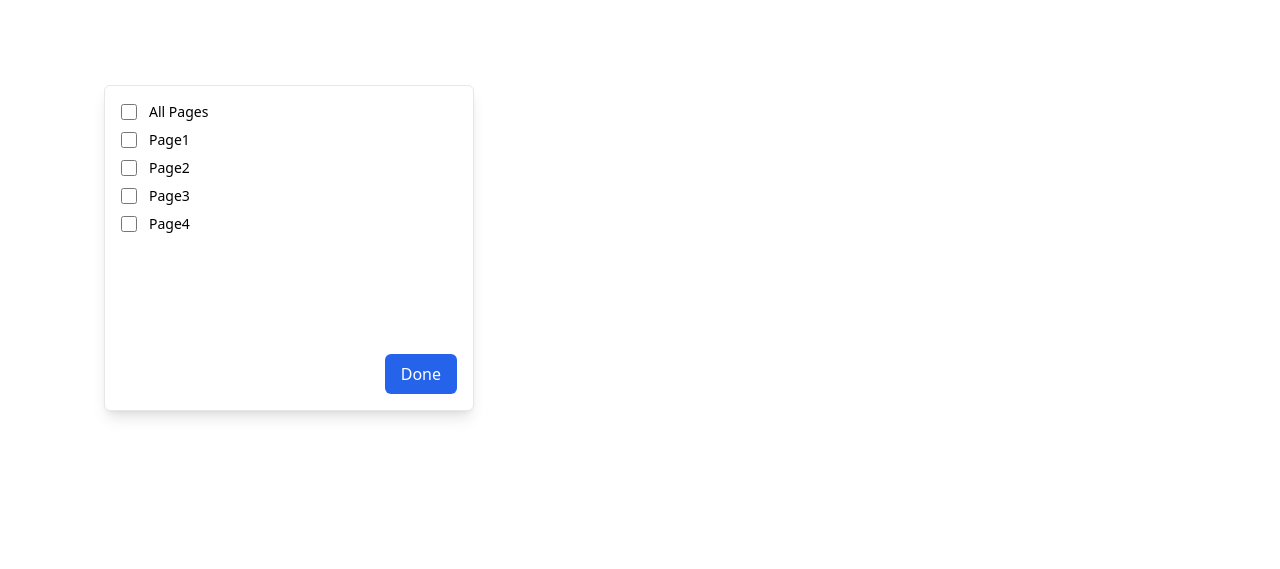
Repository: Tabishhaider72/Ellty-Test
Page: /
An editor plug-in stored every save of this project. The page is shown before and after the next save, followed by the edit.
The browser window is 1280 px wide. The pictures show the whole page.
The project was rebuilt for these pictures with package versions that can differ from the ones it lists, and the page was loaded fresh each time. Also part of the build but not shown: vite.config.js.

Above is the page before, as saved 2024-08-28 14:10:05.

After the next save:
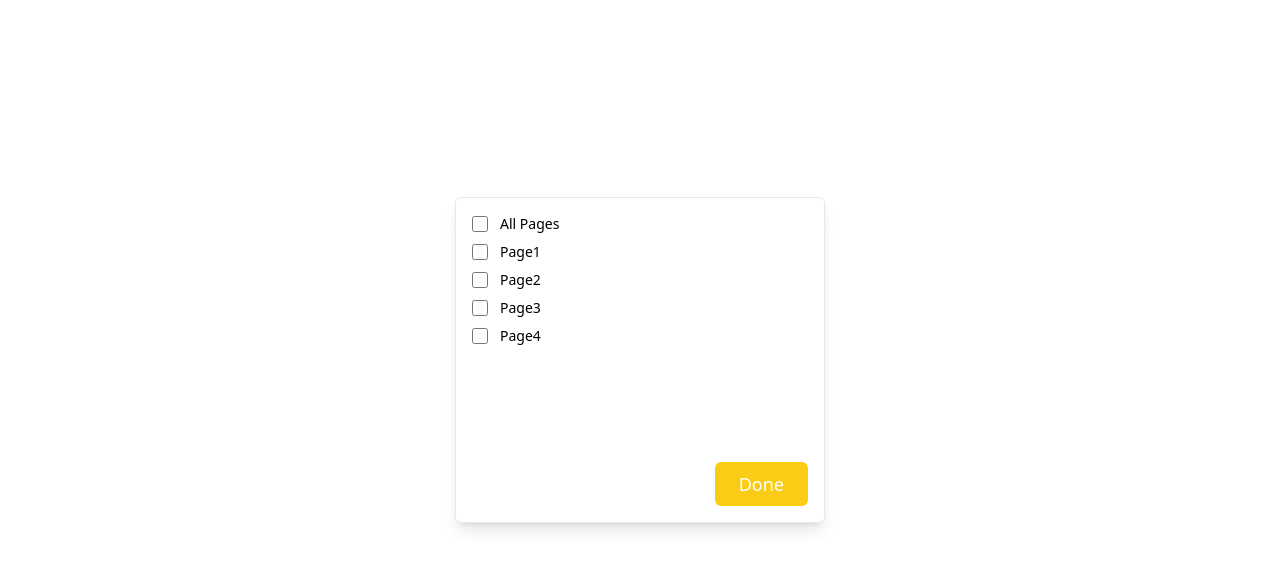
Saved 11 min 20 s later.
--- a/src/App.jsx
+++ b/src/App.jsx
@@ -27,35 +27,39 @@ function PageSelector() {
   };
 
   return (
-    <div className="absolute top-[85px] left-[104px] w-[370px] h-[326px] bg-white border border-gray-200 shadow-lg rounded-md p-4 flex flex-col">
-      <div className="flex justify-between items-center mb-2">
-        <label className="flex items-center space-x-3">
-          <input
-            type="checkbox"
-            checked={allChecked}
-            onChange={handleAllCheck}
-            className="h-4 w-4 text-blue-600 border-gray-300 rounded"
-          />
-          <span className="text-sm font-medium text-black">All Pages</span>
-        </label>
-      </div>
-      <div className="overflow-y-scroll h-[164px]">
-        {Object.keys(pages).map((page, index) => (
-          <div key={index} className="flex justify-between items-center mb-2">
-            <label className="flex items-center space-x-3">
-              <input
-                type="checkbox"
-                checked={pages[page]}
-                onChange={() => handlePageCheck(page)}
-                className="h-4 w-4 text-blue-600 border-gray-300 rounded"
-              />
-              <span className="text-sm font-medium text-black capitalize">{page}</span>
-            </label>
-          </div>
-        ))}
-      </div>
-      <div className="mt-auto flex justify-end">
-        <button className="px-4 py-2 bg-blue-600 text-white rounded-md">Done</button>
+    <div className="flex justify-center items-center h-screen">
+      <div className="w-[370px] h-[326px] bg-white border border-gray-200 shadow-lg rounded-md p-4 flex flex-col">
+        <div className="flex justify-between items-center mb-2">
+          <label className="flex items-center space-x-3">
+            <input
+              type="checkbox"
+              checked={allChecked}
+              onChange={handleAllCheck}
+              className="h-4 w-4 text-blue-600 border-gray-300 rounded"
+            />
+            <span className="text-sm font-medium text-black">All Pages</span>
+          </label>
+        </div>
+        <div className="overflow-y-scroll h-[164px]">
+          {Object.keys(pages).map((page, index) => (
+            <div key={index} className="flex justify-between items-center mb-2">
+              <label className="flex items-center space-x-3">
+                <input
+                  type="checkbox"
+                  checked={pages[page]}
+                  onChange={() => handlePageCheck(page)}
+                  className="h-4 w-4 text-blue-600 border-gray-300 rounded"
+                />
+                <span className="text-sm font-medium text-black capitalize">{page}</span>
+              </label>
+            </div>
+          ))}
+        </div>
+        <div className="mt-auto flex justify-end">
+          <button className="px-6 py-2 bg-yellow-400 text-white rounded-md text-lg font-medium hover:bg-yellow-300 focus:outline-none focus:ring-2 focus:ring-yellow-500 focus:ring-opacity-50 transition ease-in-out duration-150">
+            Done
+          </button>
+        </div>
       </div>
     </div>
   );
